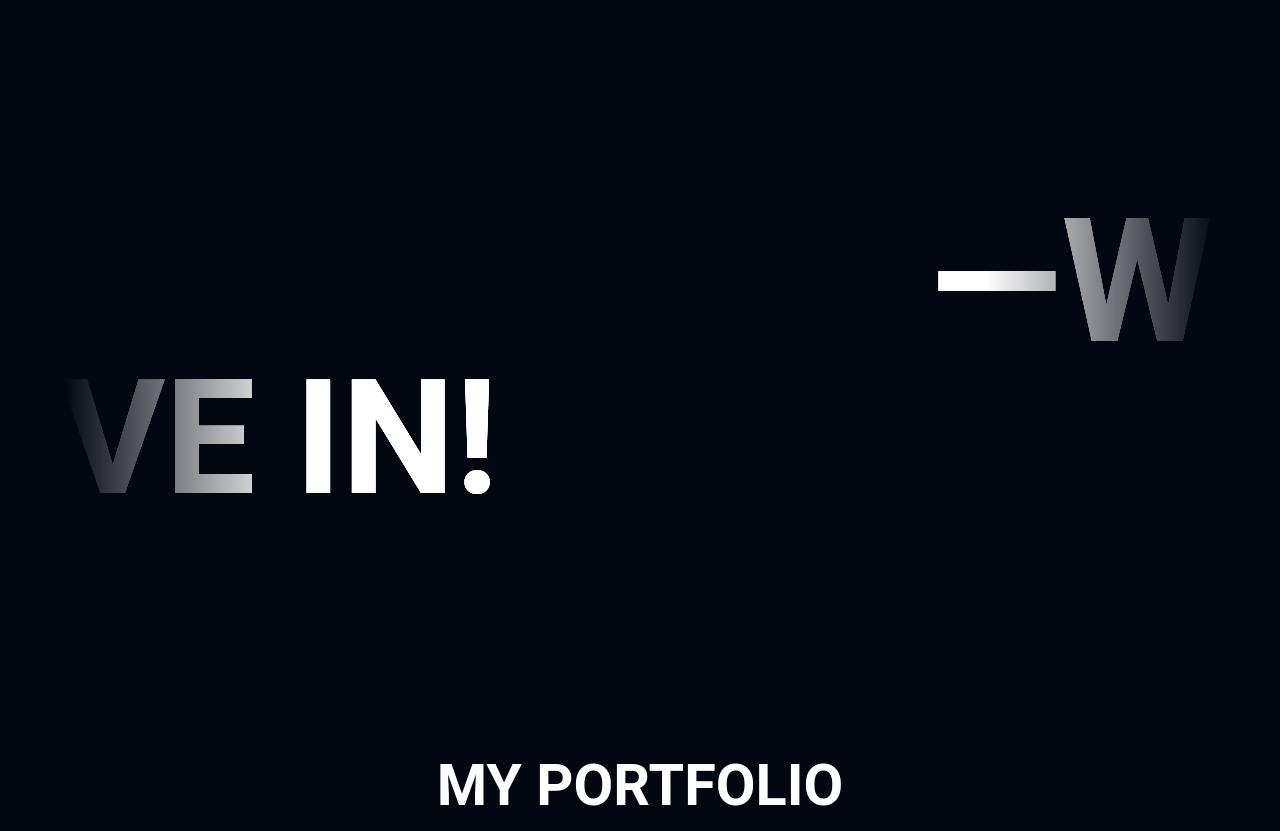
Repository: Anas-Ejaz/GBS-NEW
Page: Ahsan.html
An editor plug-in stored every save of this project. The page is shown before and after the next save, followed by the edit.
The browser window is 1280 px wide. The pictures show the part of the page from y = 0 to 831 px (the page is 1931 px tall).
A picture or video elsewhere on the page could not be fetched, so the positions and the page height are approximate. Some web fonts or font styles are not loaded; a fallback is used.

Above is the page before, as saved 2024-08-31 18:26:43.

After the next save:
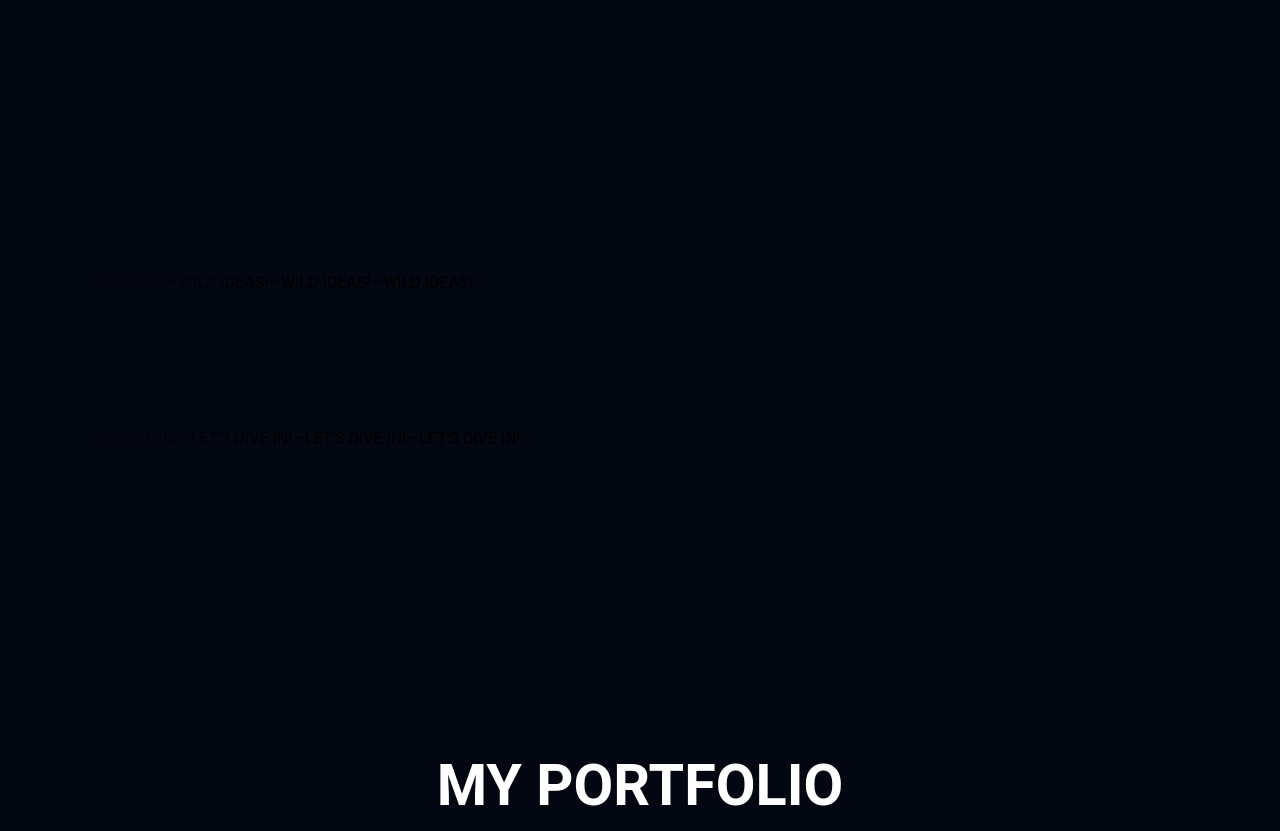
Saved 17 s later.
--- a/Ashan.css
+++ b/Ashan.css
@@ -58,34 +58,6 @@
   }
 }
 
-.itemLeft
- {
-  font-size: 13.5vw;
-  font-weight: bold;
-  color: white;
-  white-space: nowrap;
-  position: absolute;
-  width: 100vw;
-  text-align: center;
-  animation-name: scrollLeft;
-  animation-timing-function: linear;
-  animation-duration: 30s;
-  animation-iteration-count: infinite;
-}
-.itemRight{
-  font-size: 12.5vw;
-  font-weight: bold;
-  color: white;
-  white-space: nowrap;
-  position: absolute;
-  width: 100vw;
-  text-align: center;
-  animation-name: scrollRight;
-  animation-timing-function: linear;
-  animation-duration: 30s;
-  animation-iteration-count: infinite;
-}
-
 /* -----Portfolios-------- */
 
 .h1_port{

After the save that followed:
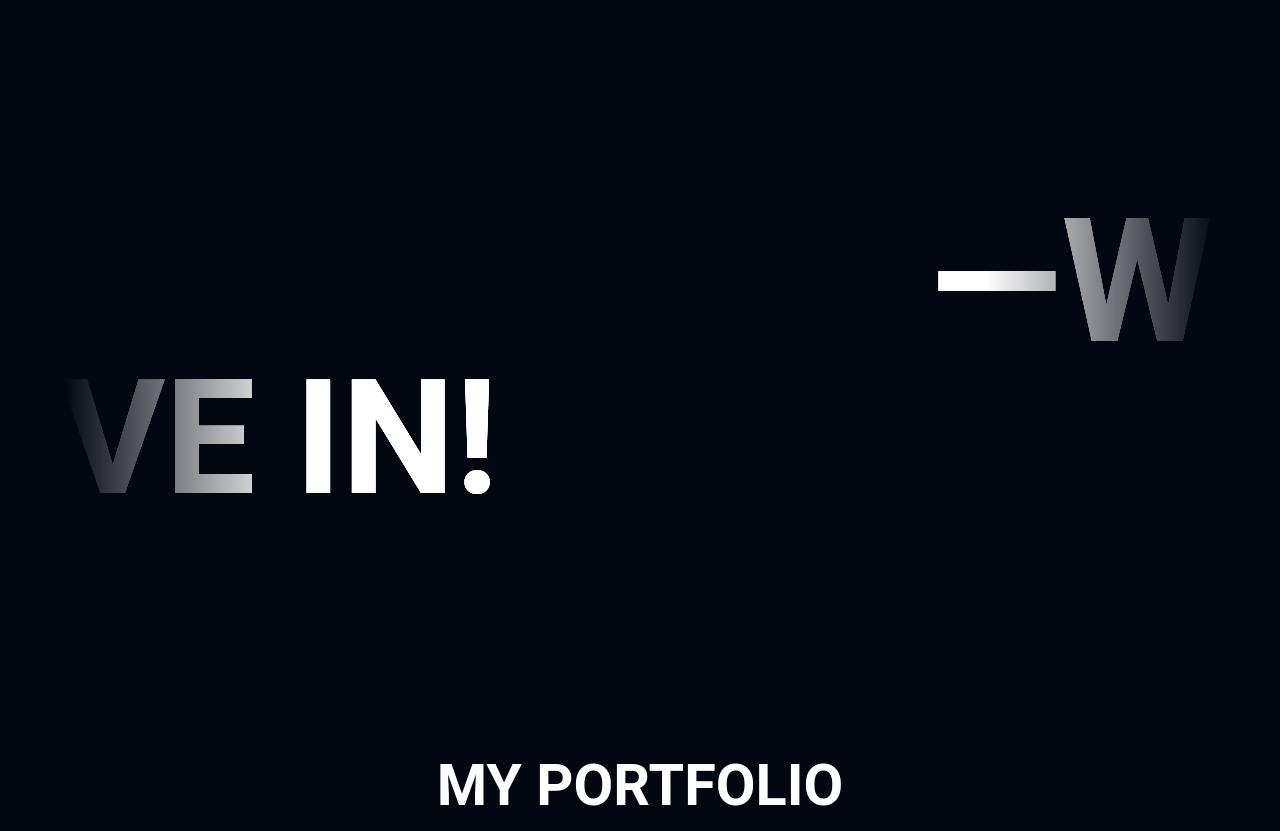
Saved 20 s later.
--- a/Ashan.css
+++ b/Ashan.css
@@ -58,6 +58,34 @@
   }
 }
 
+.itemLeft
+ {
+  font-size: 13.5vw;
+  font-weight: bold;
+  color: white;
+  white-space: nowrap;
+  position: absolute;
+  width: 100vw;
+  text-align: center;
+  animation-name: scrollLeft;
+  animation-timing-function: linear;
+  animation-duration: 30s;
+  animation-iteration-count: infinite;
+}
+.itemRight{
+  font-size: 12.5vw;
+  font-weight: bold;
+  color: white;
+  white-space: nowrap;
+  position: absolute;
+  width: 100vw;
+  text-align: center;
+  animation-name: scrollRight;
+  animation-timing-function: linear;
+  animation-duration: 30s;
+  animation-iteration-count: infinite;
+}
+
 /* -----Portfolios-------- */
 
 .h1_port{
